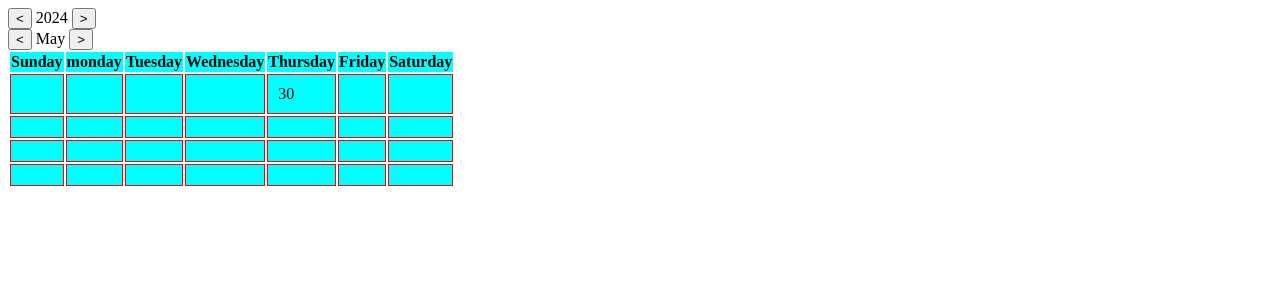
Repository: fateme81yosefi/calendar
Page: index.html
An editor plug-in stored every save of this project. The page is shown before and after the next save, followed by the edit.
The browser window is 1280 px wide. The pictures show the whole page.

Above is the page before, as saved 2024-05-30 14:07:17.

### index.html
<!DOCTYPE html>

<html>

<head>
  <title>calendar</title>
  <link rel="icon" type="image/x-icon" href="/images/fav.png">
  <link rel="stylesheet" href="styles.css">

</head>

<body>

  <div class="container-calendar">
    <div class="contain-year">
      <button>
        < </button>
          <span  id="year"></span>
          <button> > </button>

    </div>
    <div class="contain-month">
      <button>
        < </button>
          <span id="month"></span>
          <button>></button>

    </div>
    <table>
      <tr>
        <th>Sunday</th>
        <th>monday</th>
        <th>Tuesday</th>
        <th>Wednesday </th>
        <th>Thursday</th>
        <th>Friday</th>
        <th>Saturday</th>
      </tr>

      <tr>
        <td id="1-1"> </td>
        <td id="1-2"> </td>
        <td id="1-3"> </td>
        <td id="1-4"> </td>
        <td id="1-5"> </td>
        <td id="1-6"> </td>
        <td id="1-7"> </td>
      </tr>

      <tr>
        <td id="2-1"> </td>
        <td id="2-2"> </td>
        <td id="2-3"> </td>
        <td id="2-4"> </td>
        <td id="2-5"> </td>
        <td id="2-6"> </td>
        <td id="2-7"> </td>
      </tr>

      <tr>
        <td id="3-1"> </td>
        <td id="3-2"> </td>
        <td id="3-3"> </td>
        <td id="3-4"> </td>
        <td id="3-5"> </td>
        <td id="3-6"> </td>
        <td id="3-7"> </td>
      </tr>

      <tr>
        <td id="4-1"> </td>
        <td id="4-2"> </td>
        <td id="4-3"> </td>
        <td id="4-4"> </td>
        <td id="4-5"> </td>
        <td id="4-6"> </td>
        <td id="4-7"> </td>
      </tr>
    </table>
  </div>



  <script src="/scripts.js"></script>

</body>

</html>

### styles.css
tr{
    background-color: aqua;
    border: 1px solid red;
    padding: 10px;
    margin: 2px;
}
td{
    background-color: aqua;
    border: 1px solid red;
    padding: 10px;
    margin: 2px;
}

### scripts.js




function calculator() {
    const d = new Date();
    m = d.getMonth()
    y = d.getFullYear()
    day = d.getDate()
    weekday = d.getDay()

    weekday++

    document.getElementById("year").innerHTML = y

    switch(m+1){
        case 1: b = "January";
            break;
        case 2: b = "February";
            break;
        case 3: b = "March";
            break;
        case 4: b = "April";
            break;
        case 5: b = "May";
            break;
        case 6: b = "June";
            break;
        case 7: b = "July";
            break;
        case 8: b = "August";
            break;
        case 9: b = "September";
            break;
        case 10: b = "October";
            break;
        case 11: b = "November";
            break;
        case 12: b = "December";
            break;
        }

    document.getElementById("month").innerHTML = b

    // weekday = #column
    if (day <= 7 || day >= 29) {
        row = 1
        x = "1-" + weekday
        document.getElementById(x).innerHTML = day
    } else if (day <= 14) {
        row = 2
        x = "2-" + weekday
        document.getElementById(x).innerHTML = day
    } else if (day <= 21) {
        row = 3
        x = "3-" + weekday
        document.getElementById(x).innerHTML = day
    } else if (day <= 28) {
        row = 4
        x = "4-" + weekday
        document.getElementById(x).innerHTML = day
    }


}

calculator()

After the next save:
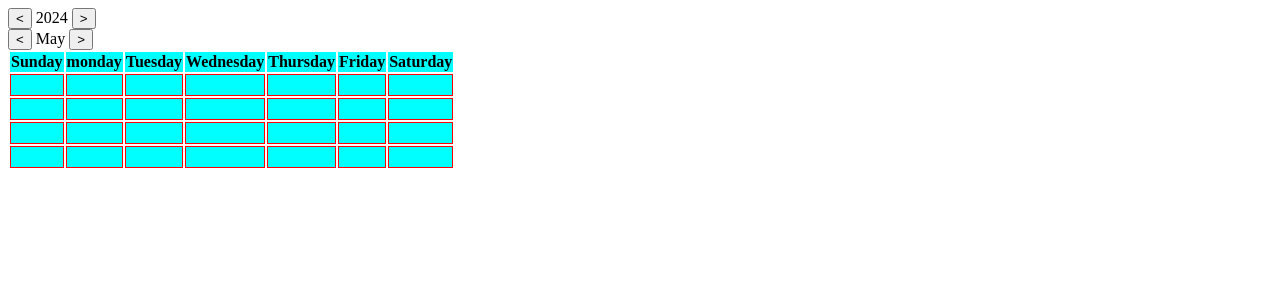
Saved 104 s later.
--- a/scripts.js
+++ b/scripts.js
@@ -43,7 +43,7 @@ function calculator() {
     document.getElementById("month").innerHTML = b
 
     // weekday = #column
-    if (day <= 7 || day >= 29) {
+    if (day <= 7 ) {
         row = 1
         x = "1-" + weekday
         document.getElementById(x).innerHTML = day
